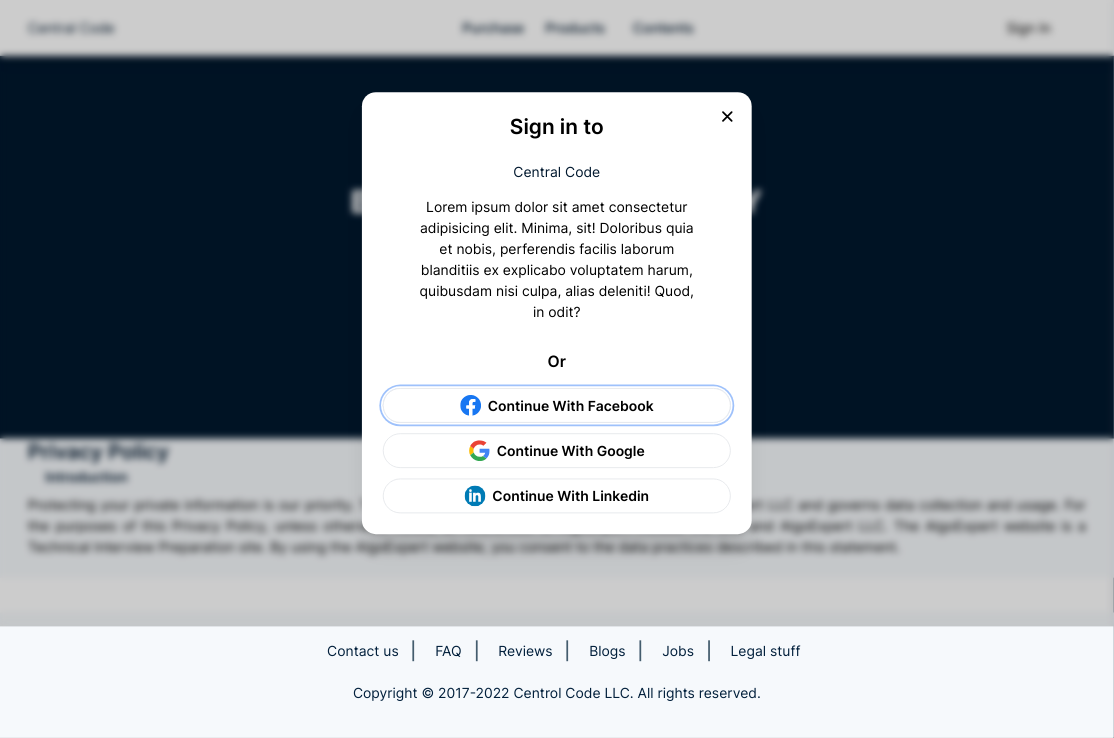
Repository: om1ars/Xjkey
Page: /privacy
The author's editor kept a copy of each file at every save. The page is drawn from the files as they stood at one save, then again after the next save.
The browser window is 1280 px wide. The pictures show the whole page, at 87% of full size.
The project was rebuilt for these pictures with package versions that can differ from the ones it lists, and the page was loaded fresh each time. The framework's server and built-in components were replaced by stand-ins that run in the browser. Also part of the build but not shown: next.config.js.

Above is the page before, as saved 2022-03-20 23:29:25.

After the next save:
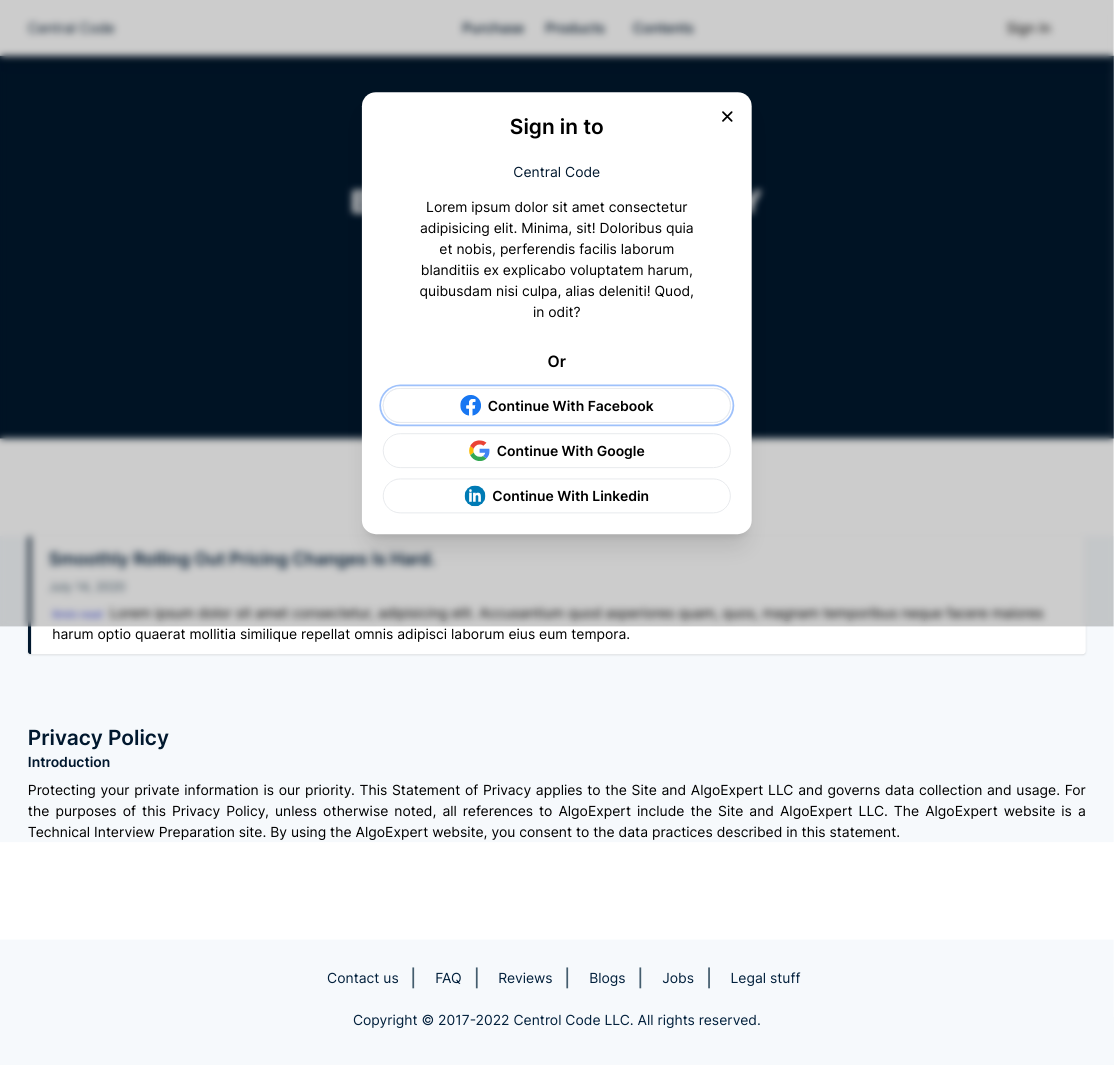
Saved 6 s later.
--- a/src/pages/privacy.tsx
+++ b/src/pages/privacy.tsx
@@ -10,7 +10,7 @@ export default function Privacy() {
         className="mx-auto max-w-screen-xl bg-whiteBg px-6 sm:px-8 "
         id="video-explanation"
       >
-        {/* <div className="mt-28 mb-28 space-y-20">
+        <div className="mt-28 mb-28 space-y-20">
           <div className="rounded border-l-4 border-mainBg bg-white py-3 px-5 shadow transition-all hover:-translate-y-1 hover:shadow-lg">
             <div className="flex flex-row items-center justify-between">
               <div>
@@ -37,11 +37,11 @@ export default function Privacy() {
                 </span>
               </p>
             </div>
-          </div> */}
+          </div>
           <h1 className="text-2xl  font-semibold text-mainBg ">
             Privacy Policy
           </h1>
-          <span className="m-5 mt-6">
+          <span className="mt-1">
             <span className="text-mainBg  font-semibold ">Introduction</span>
             <p className="mt-2 text-justify">
               Protecting your private information is our priority. This
@@ -54,7 +54,7 @@ export default function Privacy() {
               this statement.
             </p>
           </span>
-        {/* </div> */}
+        </div>
       </main>
     </div>
   );
